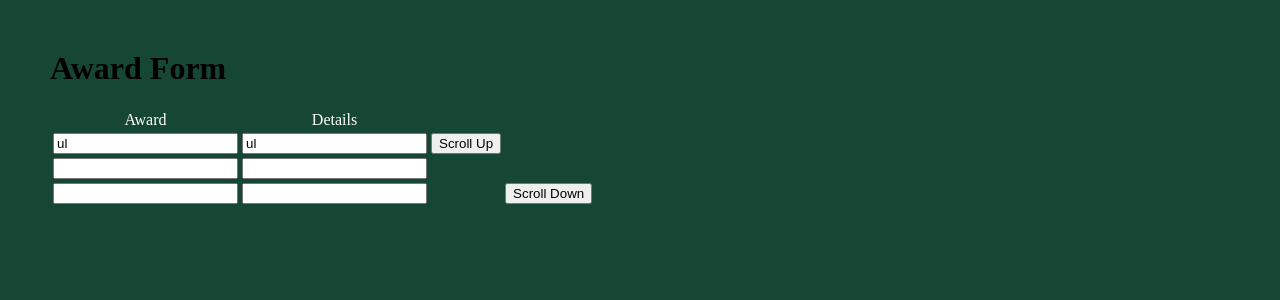
Repository: prajaktamore/Web-Based-Programming-3
Page: http://localhost/BinaryCalculator/entranceAwardWinners.jsp
These files come from the project's save history. The page is drawn as it stood at one moment and after the next save; the edit follows.
The browser window is 1280 px wide. The pictures show the whole page.
The page is served by Tomcat 9. Other server files are loaded and not shown.

Above is the page before, as saved 2014-05-01 05:32:37.

### BinaryCalculator/WebContent/entranceAwardWinners.jsp
<%@ page language="java" contentType="text/html; charset=ISO-8859-1"
    pageEncoding="ISO-8859-1"%>
<%@taglib prefix="core" uri="http://java.sun.com/jsp/jstl/core"%>
<%@ page import="java.util.*" session="true"%>
<%@ page errorPage="ShowError.jsp" %>

<!DOCTYPE html PUBLIC "-//W3C//DTD HTML 4.01 Transitional//EN" "http://www.w3.org/TR/html4/loose.dtd">
<html>
<head>
<meta http-equiv="Content-Type" content="text/html; charset=ISO-8859-1">
<title>Awards</title>
<link href="more.css" rel="stylesheet" type="text/css" />
<script type="text/javascript">
var myArray = new Array();
var loc = -1;
var insertflag1;

var upstatus;
function successCallback(){
  	var name = '<%= session.getAttribute( "award" ) %>';
	var details = '<%= session.getAttribute( "details" ) %>';

	var array1Token = name.toString();
		array1Token = array1Token.slice(1, array1Token.length-1);
		var fields = array1Token.split(/,/);

		alert(fields);
		var array2Token = details.toString();
		array2Token = array2Token.slice(1, array2Token.length-1);
		var fields2 = array2Token.split(/,/);

		alert(fields2);
		alert(fields.length);

		loc = -1;

 		for (var i = 0; i < 3 ; i++) {
					var num = i + 1;
					var n = num.toString();

					var name = "name".concat(n);
					document.getElementById(name).value = "";

					var sssn = "detail".concat(n);
					document.getElementById(sssn).value = "";

					var pos = "pos".concat(n);
					document.getElementById(pos).value = "";
		}

		for (var i = 0; i < fields.length ; i++) {
					if(i >= 3) {
						loc = loc + 1;

							document.getElementById("name1").value = fields[i-2];
							document.getElementById("detail1").value = fields2[i-2];
							document.getElementById("pos1").value = i-2;

							document.getElementById("name2").value = fields[i-1];
							document.getElementById("detail2").value = fields2[i-1];
							document.getElementById("pos2").value = i-1;

							document.getElementById("name3").value = fields[i];
							document.getElementById("detail3").value = fields2[i];
							document.getElementById("pos3").value = i;
					}
					else{

							loc = loc + 1;
							var num = i + 1;
							var n = num.toString();

							var name = "name".concat(n);
							document.getElementById(name).value = fields[i];

							var sssn = "detail".concat(n);
							document.getElementById(sssn).value = fields2[i];

							var pos = "pos".concat(n);
							document.getElementById(pos).value = i;
							alert(pos);
					}

				}

}

function scrollDown()
{
		var scrollstatus = document.getElementById("pos1").value;

		var name = '<%= session.getAttribute( "award" ) %>';
		var details = '<%= session.getAttribute( "details" ) %>';

		var array1Token = name.toString();
		array1Token = array1Token.slice(1, array1Token.length-1);
		var fields = array1Token.split(/,/);


		var array2Token = details.toString();
		array2Token = array2Token.slice(1, array2Token.length-1);
		var fields2 = array2Token.split(/,/);

		loc = -1;

		alert("*"+scrollstatus);
		alert("**"+upstatus);
		alert("***"+parseInt(parseInt(scrollstatus) - 3));
		alert("****"+parseInt(parseInt(scrollstatus) + 3));

	if(fields.length < 3 && (parseInt(parseInt(scrollstatus) + 3))== fields.length){
			alert("Cannot scroll down");
	}else {
 		for (var i = 0; i < 3 ; i++) {
					var num = i + 1;
					var n = num.toString();

					var name = "name".concat(n);
					document.getElementById(name).value = "";

					var sssn = "detail".concat(n);
					document.getElementById(sssn).value = "";

					var pos = "pos".concat(n);
					document.getElementById(pos).value = "";
		}

		var i = parseInt(parseInt(scrollstatus));

							document.getElementById("name1").value = fields[i+1];
							document.getElementById("detail1").value = fields2[i+1];
							document.getElementById("pos1").value = i+1;

							document.getElementById("name2").value = fields[i+2];
							document.getElementById("detail2").value = fields2[i+2];
							document.getElementById("pos2").value = i+2;

							document.getElementById("name3").value = fields[i+3];
							document.getElementById("detail3").value = fields2[i+3];
							document.getElementById("pos3").value = i+3;
		}
}

function scrollUp()
{
		var scrollstatus = document.getElementById("pos3").value;
		var name = '<%= session.getAttribute( "award" ) %>';
		var details = '<%= session.getAttribute( "details" ) %>';

		var array1Token = name.toString();
		array1Token = array1Token.slice(1, array1Token.length-1);
		var fields = array1Token.split(/,/);


		var array2Token = details.toString();
		array2Token = array2Token.slice(1, array2Token.length-1);
		var fields2 = array2Token.split(/,/);

		loc = -1;

		alert("*"+scrollstatus);
		alert("**"+upstatus);
		alert("***"+parseInt(parseInt(scrollstatus) - 3));
		alert("****"+parseInt(parseInt(scrollstatus) + 3));

		if(fields.length < 3 && (parseInt(parseInt(scrollstatus) - 3)) < 0){
				alert("Cannot scroll up");
		}else {
	 		for (var i = 0; i < 3 ; i++) {
					var num = i + 1;
					var n = num.toString();

					var name = "name".concat(n);
					document.getElementById(name).value = "";

					var sssn = "detail".concat(n);
					document.getElementById(sssn).value = "";

					var pos = "pos".concat(n);
					document.getElementById(pos).value = "";
		}

		var i = parseInt(parseInt(scrollstatus));
							document.getElementById("name1").value = fields[i-3];
							document.getElementById("detail1").value = fields2[i-3];
							document.getElementById("pos1").value = i-3;

							document.getElementById("name2").value = fields[i-2];
							document.getElementById("detail2").value = fields2[i-2];
							document.getElementById("pos2").value = i-2;

							document.getElementById("name3").value = fields[i-1];
							document.getElementById("detail3").value = fields2[i-1];
							document.getElementById("pos3").value = i-1;

		}
}

</script>
</head>
<body  onload="successCallback()">
		<h1>Award Form</h1>
			<form name="myForm">
				<table width="page">
					<tr>
						<td align="center">Award</td>
						<td align="center">Details</td>
						<td></td>
					</tr>
					<tr>
						<td><input id=name1 type="text" name="name" readonly></td>
						<td><input id=detail1 type="text" name="detail" readonly></td>
						<td><input type="button" name="up" value="Scroll Up" onClick="scrollUp()"></td>
						<td><input id=pos1 type="hidden" readonly></td>
					</tr>
					<tr>
						<td><input id=name2 type="text" name="name" readonly></td>
						<td><input id=detail2 type="text" name="detail" readonly></td>
						<td><input id=pos2 type="hidden" readonly></td>
					</tr>
					<tr>
						<td><input id=name3 type="text" name="name" readonly></td>
						<td><input id=detail3 type="text" name="detail" readonly></td>
						<td><input id=pos3 type="hidden" readonly></td>
						<td><input type="button" name="down" value="Scroll Down" onClick="scrollDown()"></td>
					</tr>
				</table>
			</form>
</body></html>

### BinaryCalculator/WebContent/more.css
/*
    author : Prajakta More
    date created : 11 Feb 2014
	Version:  1
    copyright information : Binghamton University
*/

/*Defines style for body tag all fields declared in body tag will follow below style for margins and background*/
body
{
margin-top:50px;
margin-left:50px;
margin-right:50px;
margin-bottom:50px;
background:#154734;
}



input#submit {
    padding: 4px 40px;
    /*give the background a gradient*/
    background:#ffae00; /*fallback for browsers that don't support gradients*/
    background: -webkit-linear-gradient(top, #ffae00, #d67600);
    background: -moz-linear-gradient(top, #ffae00, #d67600);
    background: -o-linear-gradient(top, #ffae00, #d67600);
    background: linear-gradient(top, #ffae00, #d67600);
    border:2px outset #dad9d8;
    /*style the text*/
    font-family:Andika, Arial, sans-serif;
    font-size:1.1em;
    letter-spacing:0.05em;
    text-transform:uppercase;
    color:#fff;
    text-shadow: 0px 1px 10px #000;
    /*add to small curve to the corners of the button*/
    -webkit-border-radius: 15px;
    -moz-border-radius: 15px;
    border-radius: 15px;
    /*give the button a drop shadow*/
    -webkit-box-shadow: rgba(0, 0, 0, .55) 0 1px 6px;
    -moz-box-shadow: rgba(0, 0, 0, .55) 0 1px 6px;
    box-shadow: rgba(0, 0, 0, .55) 0 1px 6px;
    }
    /****NOW STYLE THE BUTTON'S HOVER STATE***/
    input#submit:hover, input#submit:focus {
    border:2px solid #dad9d8;
    }



/*Defines style for table tag all fields declared in table tag will follow below style for border*/
table
{
border: 0px solid #154734;
content-type:text/plain;
charset=iso-8859-1 ;
}
/*Defines style for table data tag all fields declared in table data tag will follow below style for border and text color */
td
{
border: 0px solid #154734;
color:white;
}
/*Defines style for paragraph tag  with class type defined as ex2 all fields declared in paragraph tag will follow below style for font, color, text align*/
p.ex2
{
font:30px arial,sans-serif,centre;
color:#ffffff;
text-align:center;
}
/*Defines style for paragraph tag  with class type defined as ex1 all fields declared in paragraph tag will follow below style for font, color, text align*/
p.ex1
{
font:18px arial,sans-serif,centre;
color:#ffffff;
text-align:center;
}
/*Defines style for img tag all with class name as ex3 fields declared in img tag will
follow below style for margins, background, padding, border, background -color, height, width, float, text- align*/
img.ex3
{
  margin: 5px;
  padding: 5px;
  background-color: #ffffff;
  border: 3px solid #ffffff;
  height: 375px;
  width: 250px;
  float: left;
  text-align: left;
}
/*Defines style for a href tag and its properties for different states as link, visited, hover, active*/
a:link {text-decoration:none;
background-color:#66CCCC;
color:#000000;
}
a:visited {text-decoration:none;
background-color:#9999CC;
color:#660033;
}
a:hover {text-decoration:underline;
background-color:#CC99CC;
color:#000033;
}
a:active {text-decoration:underline;
background-color:#FF99CC;
color:#330000;
}

After the next save:
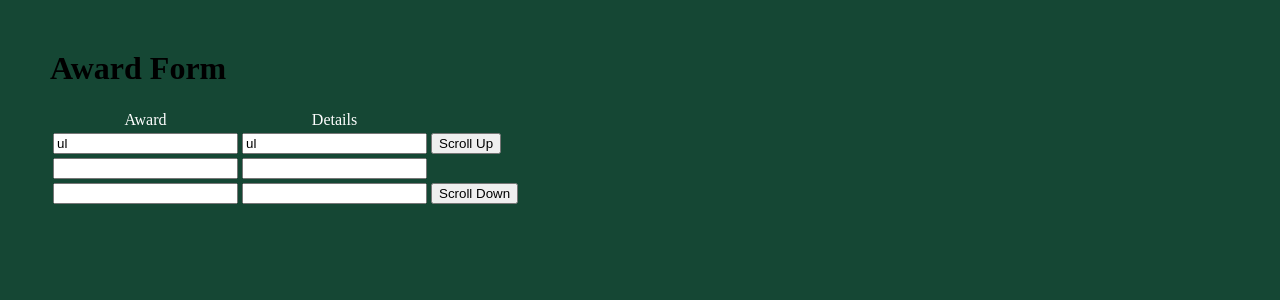
Saved 16 s later.
--- a/BinaryCalculator/WebContent/entranceAwardWinners.jsp
+++ b/BinaryCalculator/WebContent/entranceAwardWinners.jsp
@@ -221,8 +221,8 @@ function scrollUp()
 					<tr>
 						<td><input id=name3 type="text" name="name" readonly></td>
 						<td><input id=detail3 type="text" name="detail" readonly></td>
+						<td><input type="button" name="down" value="Scroll Down" onClick="scrollDown()"></td>
 						<td><input id=pos3 type="hidden" readonly></td>
-						<td><input type="button" name="down" value="Scroll Down" onClick="scrollDown()"></td>
 					</tr>
 				</table>
 			</form>
